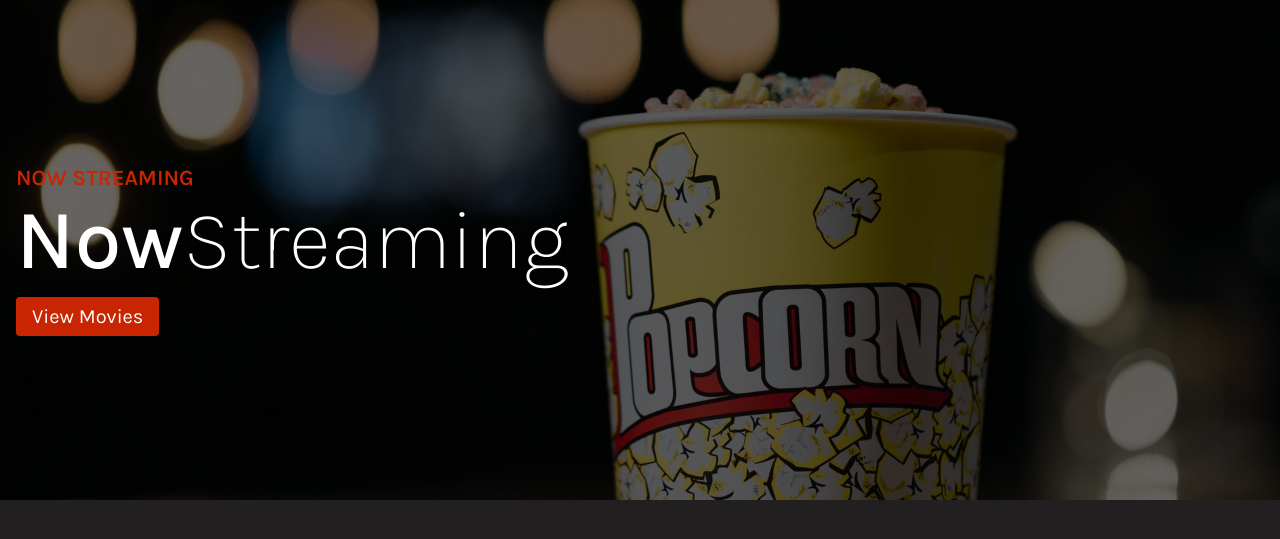
Repository: tomas938/films-overview
Page: /
The author's editor kept a copy of each file at every save. The page is drawn from the files as they stood at one save, then again after the next save.
The browser window is 1280 px wide. The pictures show the whole page.
The page's requests for data from a server got no answer. The project was rebuilt for these pictures with package versions that can differ from the ones it lists, and the page was loaded fresh each time. The framework's server and built-in components were replaced by stand-ins that run in the browser. No one was signed in, and anything a server would have sent is missing. Also part of the build but not shown: nuxt.config.js, components/Loading.vue.

Above is the page before, as saved 2021-08-26 21:03:11.

### assets/defaults.scss
@import url('https://fonts.googleapis.com/css2?family=Karla:wght@200;300;400;500;600&display=swap');

* {
  margin: 0;
  padding: 0;
  box-sizing: border-box;
  font-family: 'Karla', sans-serif;
  scroll-behavior: smooth;
}

// app transitions
.page-enter-active,
.page-leave-active {
  transition: opacity 0.5s;
}
.page-enter,
.page-leave-to {
  opacity: 0;
}

.app {
  background-color: #211f1f;
  min-height: 100vh;
}

.button {
  display: inline-block;
  text-decoration: none;
  color: inherit;
  padding: 8px 16px;
  background-color: #c92502;
  border: none;
  color: #fff;
  border-radius: 4px;
  cursor: pointer;
  transition: 0.3s ease all;

  &:hover {
    background-color: #891b02;
  }
}

.button-light {
  background-color: transparent;
  border: 1px solid #c92502;

  &:hover {
    border-color: transparent;
  }
}

.container {
  max-width: 1400px;
  margin: 0 auto;
}

.loading {
  height: 100vh;
  width: 100%;
  display: flex;
  justify-content: center;
  align-items: center;

  @keyframes circle-loading {
    to {
      transform: rotateZ(360deg);
    }
  }

  span {
    display: block;
    width: 70px;
    height: 70px;
    border-radius: 50%;
    border: 2px solid transparent;
    border-top-color: #fff;
    animation: circle-loading 1200ms ease infinite;
  }
}

### components/Hero.vue
<template>
  <div class="hero">
    <img src="../assets/imgs/movieHero.jpg" alt="hero image" />
    <div class="text-container">
      <div class="text">
        <span class="mini-heading">Now Streaming</span>
        <h1><span>Now</span>Streaming</h1>
        <a href="#movie-grid" class="button">View Movies</a>
      </div>
    </div>
  </div>
</template>

<script>
export default {
  name: 'Hero',
}
</script>

<style lang="scss" scoped>
.hero {
  height: 400px;
  position: relative;
  @media (min-width: 750px) {
    height: 500px;
  }
  &::after {
    content: '';
    position: absolute;
    top: 0;
    left: 0;
    height: 100%;
    width: 100%;
    background-color: rgba(0, 0, 0, 0.6);
  }
  img {
    width: 100%;
    height: 100%;
    object-fit: cover;
  }
  .text-container {
    z-index: 99;
    position: absolute;
    top: 0;
    margin: 0;
    width: 100%;
    height: 100%;
    display: flex;
    flex-direction: column;
    justify-content: center;
    .text {
      padding: 0 16px;
      width: 100%;
      max-width: 1400px;
      margin: 0 auto;
    }
    .mini-heading {
      font-weight: 600;
      font-size: 18px;
      text-transform: uppercase;
      color: #c92502;
      margin-bottom: 8px;
      @media (min-width: 750px) {
        font-size: 22px;
      }
    }
    h1 {
      color: #fff;
      font-size: 64px;
      font-weight: 200;
      margin-bottom: 8px;
      @media (min-width: 750px) {
        font-size: 84px;
      }
      span {
        font-weight: 500;
      }
    }
    .button {
      font-size: 20px;
      align-self: flex-start;
    }
  }
}
</style>

### layouts/default.vue
<template>
  <div class="app">
    <Nuxt />
  </div>
</template>

### pages/index.vue
<template>
  <div class="home">
    <Hero></Hero>
    <div class="container movies">
      <div id="movie-grid" class="movies-grid">
        <div class="movie" v-for="(movie, index) in movies" :key="index">
          <div class="movie-img">
            <img
              :src="`https://image.tmdb.org/t/p/w500/${movie.poster_path}`"
              alt=""
            />
            <p class="review">{{ movie.vote_average }}</p>
            <p class="overview">{{ movie.overview }}</p>
          </div>
          <div class="info">
            <p class="title">
              {{ movie.title.slice(0, 25)
              }}<span v-if="movie.title.length > 25">...</span>
            </p>
            <p class="release">
              Released:{{
                new Date(movie.release_data).toLocaleString('en-us', {
                  month: 'long',
                  day: 'numeric',
                  year: 'numeric',
                })
              }}
            </p>
            <Nuxt-link
              class="button button-link"
              :to="{ name: 'movies-movieid', params: { movieid: movie.id } }"
              >Get More Info</Nuxt-link
            >
          </div>
        </div>
      </div>
    </div>
  </div>
</template>

<script>
import axios from 'axios'
export default {
  data() {
    return {
      movies: [],
    }
  },
  async fetch() {
    await this.getMovies()
  },
  methods: {
    async getMovies() {
      const data = axios(
        'https://api.themoviedb.org/3/movie/now_playing?api_key=a0b65c5ae8f856e9b3307cd48815620d&language=en-US&page=1'
      )
      const result = await data
      result.data.results.forEach((movie) => {
        this.movies.push(movie)
      })
      console.log(this.movies)
    },
  },
}
</script>
<style lang="scss" scoped>
.home {
  .loading {
    padding-top: 120px;
    align-items: flex-start;
  }
  .search {
    display: flex;
    padding: 32px 16px;
    input {
      max-width: 350px;
      width: 100%;
      padding: 12px 6px;
      font-size: 14px;
      border: none;
      &:focus {
        outline: none;
      }
    }
    .button {
      border-top-left-radius: 0;
      border-bottom-left-radius: 0;
    }
  }
  .movies {
    padding: 32px 16px;
    .movies-grid {
      display: grid;
      column-gap: 32px;
      row-gap: 64px;
      grid-template-columns: 1fr;
      @media (min-width: 500px) {
        grid-template-columns: repeat(2, 1fr);
      }
      @media (min-width: 750px) {
        grid-template-columns: repeat(3, 1fr);
      }
      @media (min-width: 1100px) {
        grid-template-columns: repeat(4, 1fr);
      }
      .movie {
        position: relative;
        display: flex;
        flex-direction: column;
        .movie-img {
          cursor: pointer;
          width: 100%;
          height: 100%;
          position: relative;
          overflow: hidden;
          &:hover {
            .overview {
              transform: translateY(0);
            }
          }
          img {
            display: block;
            width: 100%;
            height: 100%;
          }
          .review {
            position: absolute;
            top: 0;
            left: 0;
            display: flex;
            justify-content: center;
            align-items: center;
            width: 40px;
            height: 40px;
            background-color: #c92502;
            color: #fff;
            border-radius: 0 0 16px 0;
            box-shadow: 0 4px 6px -1px rgba(0, 0, 0, 0.1),
              0 2px 4px -1px rgba(0, 0, 0, 0.06);
          }
          .overview {
            line-height: 1.5;
            position: absolute;
            bottom: 0;
            background-color: rgba(201, 38, 2, 0.9);
            padding: 12px;
            color: #fff;
            transform: translateY(100%);
            transition: 0.3s ease-in-out all;
          }
        }
        .info {
          margin-top: auto;
          .title {
            margin-top: 8px;
            color: #fff;
            font-size: 20px;
          }
          .release {
            margin-top: 8px;
            color: #c9c9c9;
          }
          .button {
            margin-top: 8px;
          }
        }
      }
    }
  }
}
</style>

After the next save:
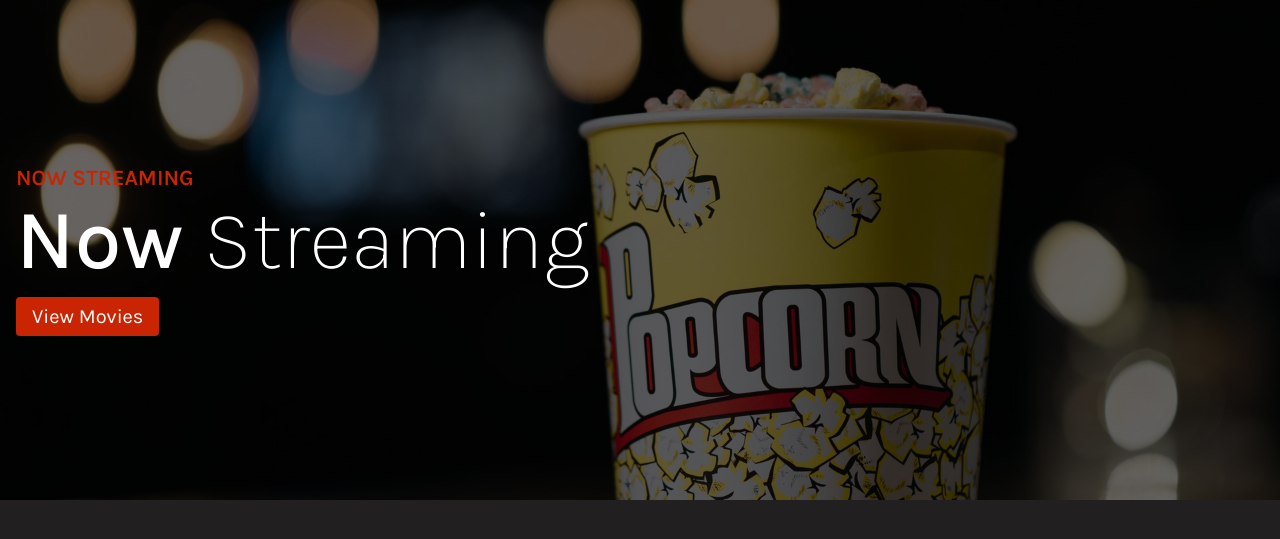
Saved 3 min 1 s later.
--- a/components/Hero.vue
+++ b/components/Hero.vue
@@ -4,7 +4,7 @@
     <div class="text-container">
       <div class="text">
         <span class="mini-heading">Now Streaming</span>
-        <h1><span>Now</span>Streaming</h1>
+        <h1><span>Now </span>Streaming</h1>
         <a href="#movie-grid" class="button">View Movies</a>
       </div>
     </div>
